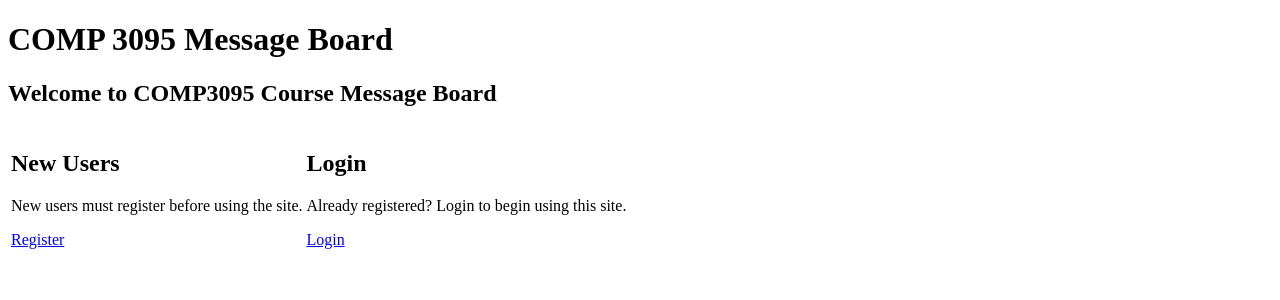
Repository: JesseFo/Whitespace
Page: whitespace/WebContent/WEB-INF/index.html
The author's editor kept a copy of each file at every save. The page is drawn from the files as they stood at one save, then again after the next save.
The browser window is 1280 px wide. The pictures show the whole page.

Above is the page before, as saved 2015-10-14 02:44:12.

### whitespace/WebContent/WEB-INF/index.html
<!DOCTYPE html>
<html>
	<head>
		<meta charset="ISO-8859-1">
		<title>Insert title here</title>
	</head>

	<body>
		<div id="wrapper">
			<div id="title">
				<h1>COMP 3095 Message Board</h1>
				<h2>Welcome to COMP3095 Course Message Board</h2>
			</div>

			<div id="content">
				<table><tr>
					<td>
						<h2>New Users</h2>
						<p>New users must register before using the site.</p>
						<a href="#">Register</a>
					</td>
					<td>
						<h2>Login</h2>
						<p>Already registered? Login to begin using this site.</p>
						<a href="#">Login</a>
					</td>
				</tr></table>
			</div>
		</div>
	</body>
</html>

### whitespace/WebContent/WEB-INF/index.css
@CHARSET "ISO-8859-1";

#wrapper{
	font-family: Arial, Helvetica, sans-serif;
}

After the next save:
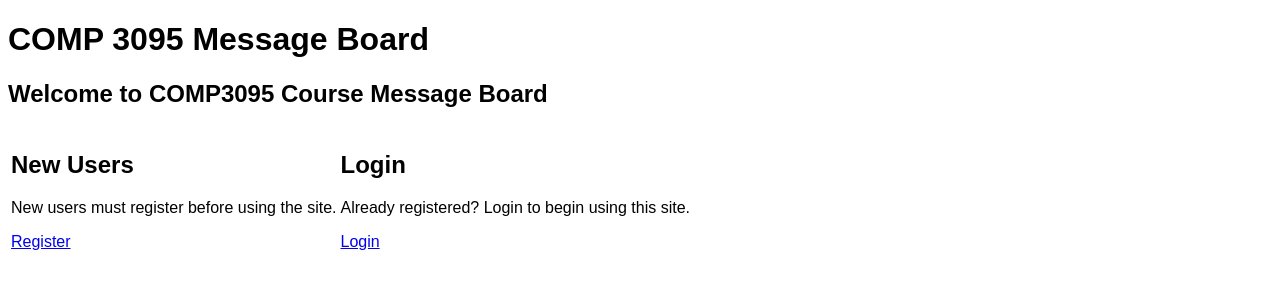
Saved 60 s later.
--- a/whitespace/WebContent/WEB-INF/index.html
+++ b/whitespace/WebContent/WEB-INF/index.html
@@ -3,6 +3,7 @@
 	<head>
 		<meta charset="ISO-8859-1">
 		<title>Insert title here</title>
+		<link rel="stylesheet" type="text/css" href="index.css">
 	</head>
 
 	<body>
